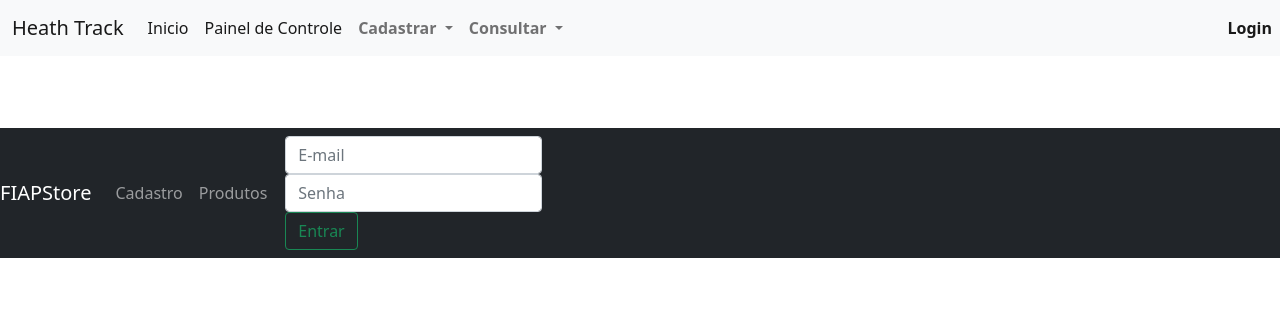
Repository: FellipySantos/HealthTrack_Finalizado
Page: http://localhost/JSPs/login.jsp
The author's editor kept a copy of each file at every save. The page is drawn from the files as they stood at one save, then again after the next save.
The browser window is 1280 px wide. The pictures show the whole page.
The page is served by Tomcat 9.

Above is the page before, as saved 2021-11-22 09:41:17.

After the next save:
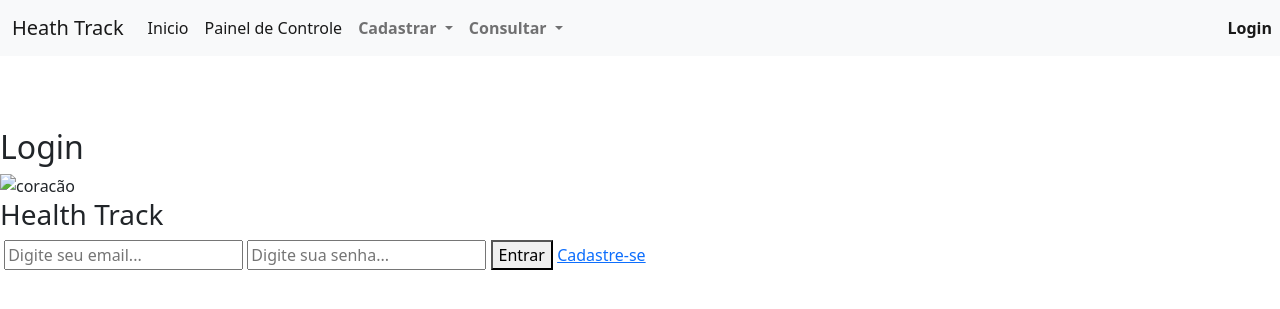
Not found: JSP/JSPs/Imagens/login.png
Saved 43 s later.
--- a/JSP/JSPs/WebContent/login.jsp
+++ b/JSP/JSPs/WebContent/login.jsp
@@ -14,31 +14,21 @@
 
 
 
-<nav class="navbar navbar-expand-lg navbar-dark bg-dark">
-  <a class="navbar-brand" href="home.jsp">FIAPStore</a>
-  <button class="navbar-toggler" type="button" data-toggle="collapse" data-target="#navbarSupportedContent" aria-controls="navbarSupportedContent" aria-expanded="false" aria-label="Toggle navigation">
-    <span class="navbar-toggler-icon"></span>
-  </button>
+<body>
+    <div>
+         <h2>Login</h2>
+         <img src="../Imagens/login.png" alt="coracão">
+        <form id="formLogin" method="Post" action="../../Login">
+            <h3>Health Track</h3>
+            <label id="msg"></label>
+            <input type="email" name="email" id="email" placeholder="Digite seu email..." required>
+            <input type="password" name="senha" id="senha" placeholder="Digite sua senha..." required>
+            <button type="submit">Entrar</button>
+            <a href="cadastro-atleta.jsp" >Cadastre-se</a>
+        </form>
+    </div>
+</body>
 
-  <div class="collapse navbar-collapse" id="navbarSupportedContent">
-    <ul class="navbar-nav mr-auto">
-      <li class="nav-item">
-        <a class="nav-link" href="produto?acao=abrir-form-cadastro">Cadastro</a>
-      </li>
-      <li class="nav-item">
-        <a class="nav-link" href="produto?acao=listar">Produtos</a>
-      </li>
-    </ul>
-	    <span class="navbar-text text-danger" style="margin-right:10px" >
-	        ${erro }
-	  	</span>
-	    <form class="form-inline my-2 my-lg-0" action="login" method="post">
-	    	  <input class="form-control mr-sm-2" type="text" name="email" placeholder="E-mail">
-	      <input class="form-control mr-sm-2" type="password" name="senha" placeholder="Senha">
-	      <button class="btn btn-outline-success my-2 my-sm-0" type="submit">Entrar</button>
-	    </form>
-  </div>
-</nav>
 
 
 <%@ include file="footer.jsp" %>

After the save that followed:
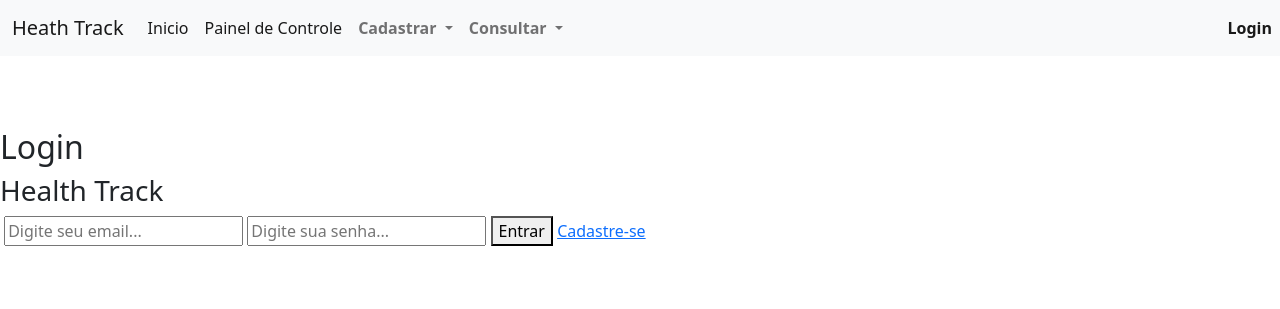
Saved 9 s later.
--- a/JSP/JSPs/WebContent/login.jsp
+++ b/JSP/JSPs/WebContent/login.jsp
@@ -17,7 +17,6 @@
 <body>
     <div>
          <h2>Login</h2>
-         <img src="../Imagens/login.png" alt="coracão">
         <form id="formLogin" method="Post" action="../../Login">
             <h3>Health Track</h3>
             <label id="msg"></label>
